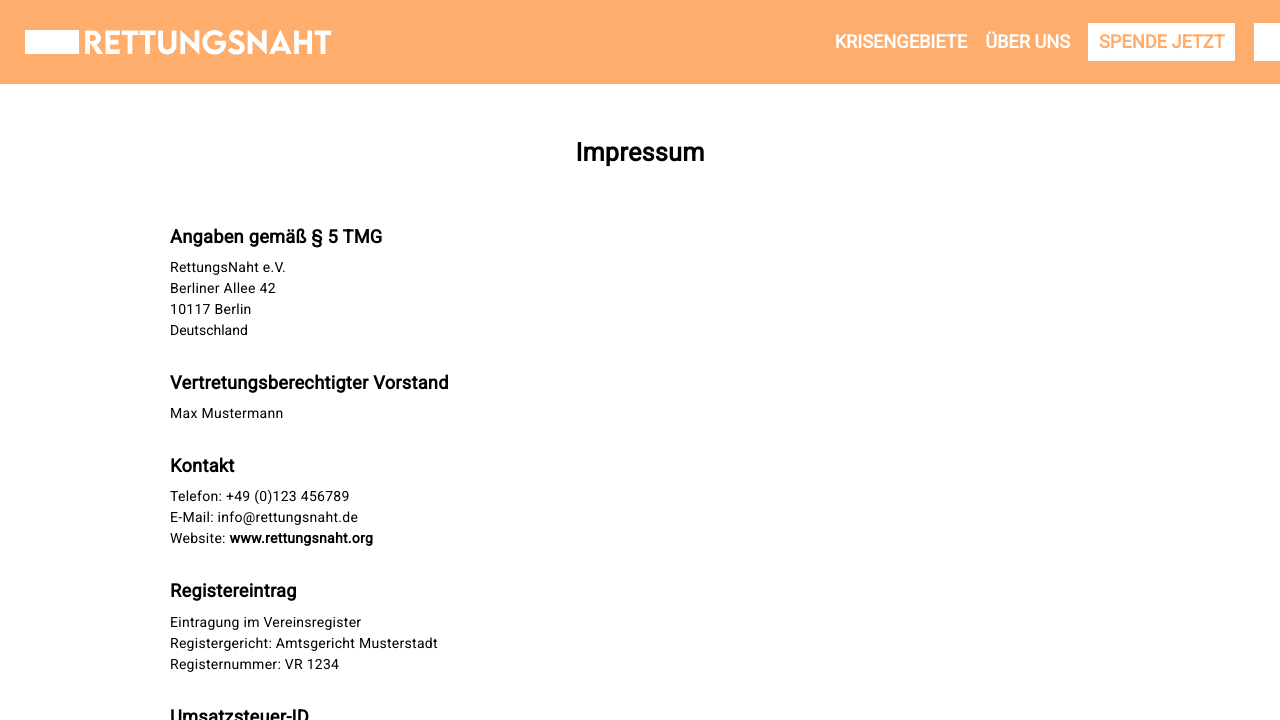
Repository: chriZVee/rettungsnaht
Page: /imprint
An editor plug-in stored every save of this project. The page is shown before and after the next save, followed by the edit.
The browser window is 1280 px wide. The pictures show the whole page.
An inner scrolling area shows only its first screen. The project was rebuilt for these pictures with package versions that can differ from the ones it lists, and the page was loaded fresh each time. Also part of the build but not shown: vite.config.js, src/index.css, src/styles/hero.css, src/components/Hero.jsx, src/styles/form.css, src/components/form/AreaSelection.jsx, src/components/form/ContactData.jsx, src/components/form/DonationMethod.jsx and 17 more.

Above is the page before, as saved 2025-04-17 14:50:59.

After the next save:
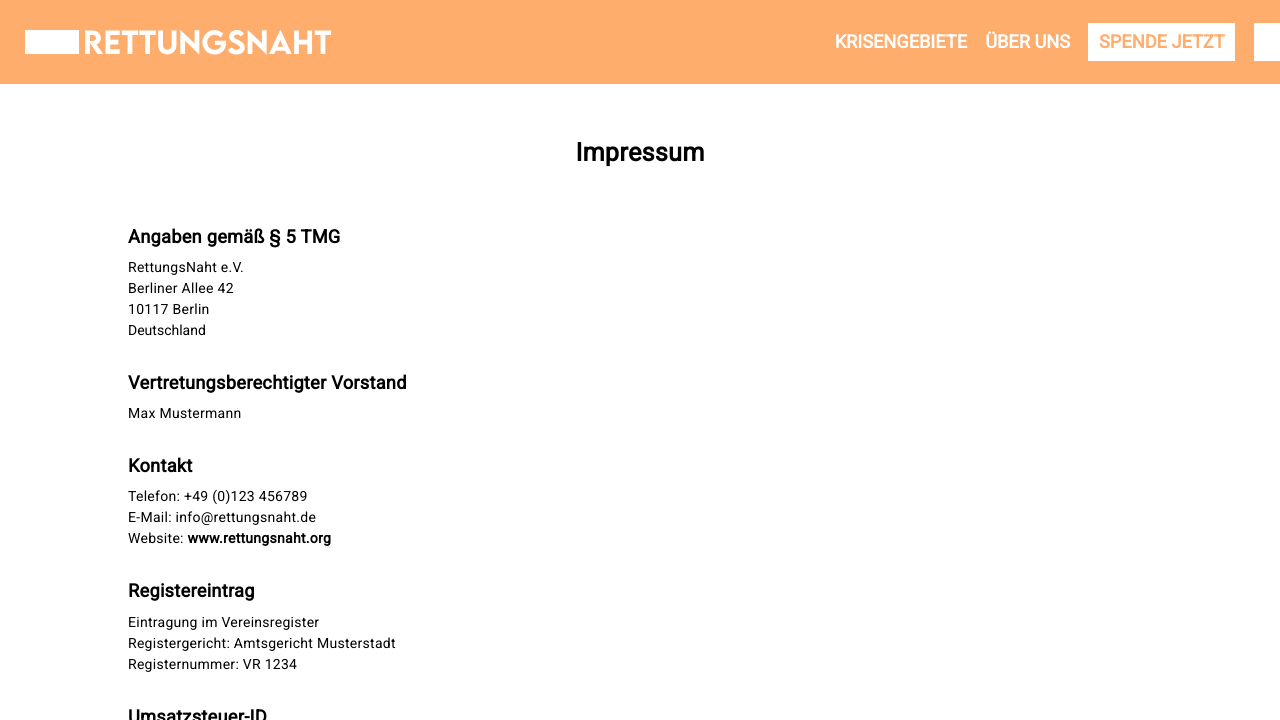
Saved 5 s later.
--- a/src/styles/imprint.css
+++ b/src/styles/imprint.css
@@ -1,6 +1,6 @@
 /* Imprint */
 
-section.privacy-policy {
+section.imprint {
   padding: 0 0 4.5rem 0;
 }
 

After the save that followed:
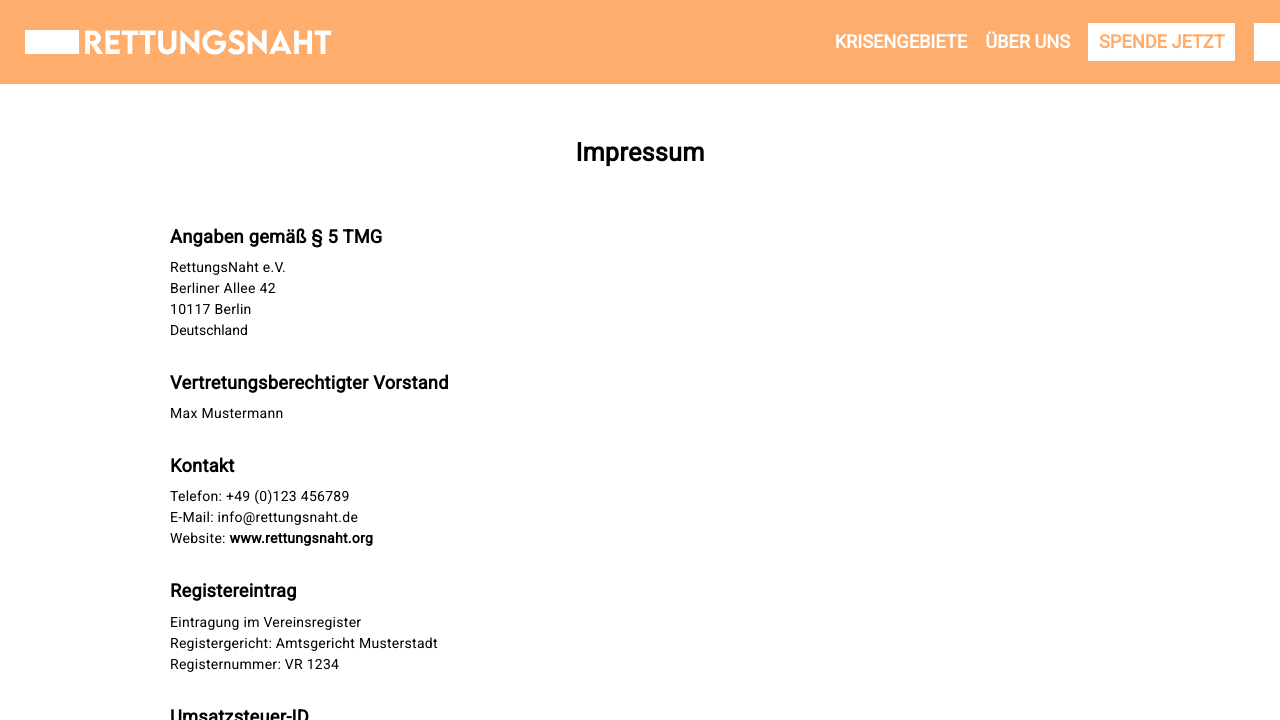
Saved 22 s later.
--- a/src/styles/imprint.css
+++ b/src/styles/imprint.css
@@ -1,7 +1,7 @@
 /* Imprint */
 
 section.imprint {
-  padding: 0 0 4.5rem 0;
+  padding-bottom: 4.5rem;
 }
 
 .imprint-block h2 {
